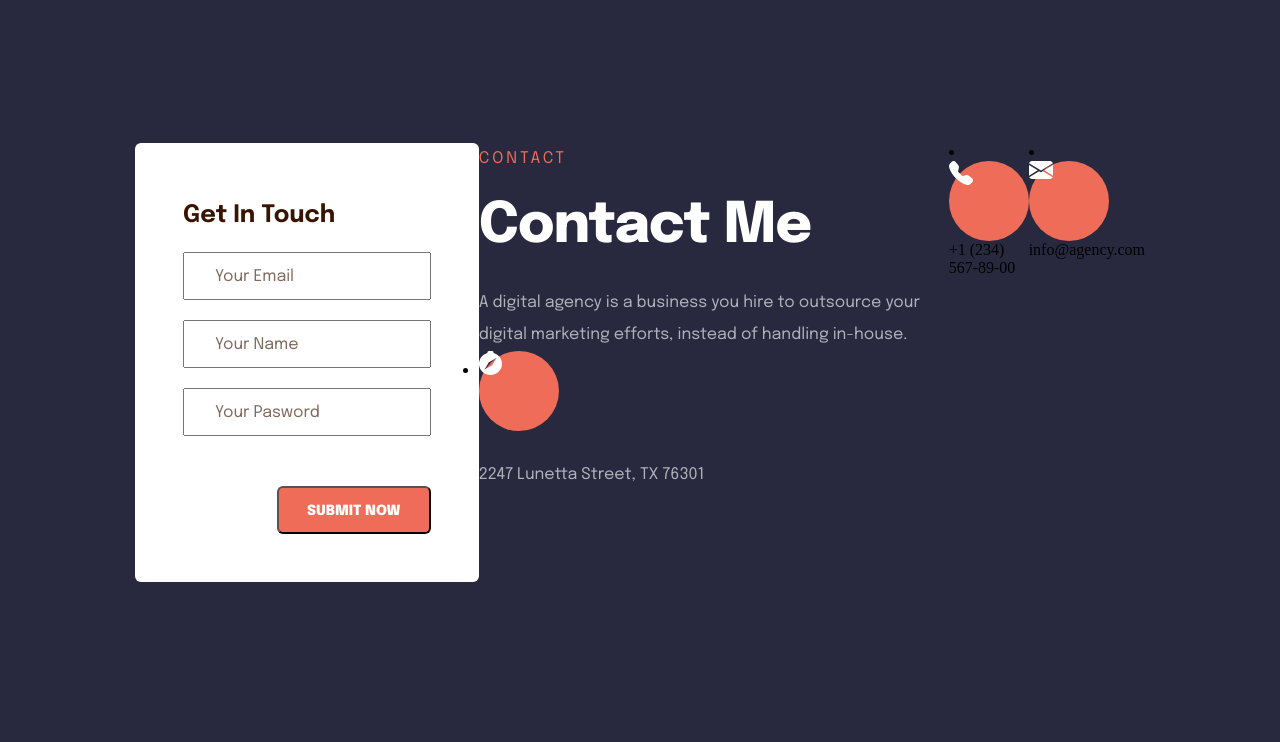
Repository: MehdiKerimov/Figma-Task-14
Page: index.html
An editor plug-in stored every save of this project. The page is shown before and after a run of saves, followed by the edit.
The browser window is 1280 px wide. The pictures show the whole page.

Above is the page before, as saved 2023-10-07 15:33:04.

### index.html
<!DOCTYPE html>
<html lang="en">
  <head>
    <meta charset="UTF-8" />
    <meta name="viewport" content="width=device-width, initial-scale=1.0" />
    <title>Document</title>
    <link rel="stylesheet" href="index.css" />
  </head>
  <body>
    <div class="container">
      <div class="box-container">
        <h1>Get In Touch</h1>
        <form action="">
          <label for="">
            <input type="email" placeholder="Your Email" name="" id="" />
          </label>
          <label for="">
            <input type="text" placeholder="Your Name" />
          </label>
          <label for="">
            <input type="password" placeholder="Your Pasword" />
          </label>
          <button><a href="#">Submit Now</a></button>

        </form>
      </div>

      <div class="text-box">
        <h1>Contact</h1>
        <h2>Contact Me</h2>
        <p>
          A digital agency is a business you hire to outsource your digital
          marketing efforts, instead of handling in-house.
        </p>

        <ul>
          <li>
            <div class="circle">
              <svg
                xmlns="http://www.w3.org/2000/svg"
                width="23"
                height="24"
                viewBox="0 0 23 24"
                fill="none"
              >
                <path
                  fill-rule="evenodd"
                  clip-rule="evenodd"
                  d="M12.5128 23.9559C18.4476 23.4434 22.9991 18.5852 23 12.7619C22.9992 7.68681 19.5202 3.24133 14.5089 1.91219C14.6419 1.45966 14.5495 0.972375 14.2595 0.596433C13.9696 0.220491 13.5157 -0.000396111 13.034 0H9.9675C9.4858 -0.000396111 9.03192 0.220491 8.74193 0.596433C8.45195 0.972375 8.35958 1.45966 8.49253 1.91219C2.74205 3.43556 -0.865618 8.99957 0.179927 14.7325C1.22547 20.4654 6.57793 24.4683 12.5128 23.9559ZM17.4618 6.91176L17.465 6.90994L17.462 6.91144L17.4618 6.91176ZM17.4618 6.91176L9.87551 11.1479L5.53646 18.5674L13.126 14.3294L17.4618 6.91176Z"
                  fill="white"
                />
              </svg>
          </li>
          <p>2247 Lunetta Street, TX 76301</p>

          </div>
<li>
  <div class="circle">
    <svg
      xmlns="http://www.w3.org/2000/svg"
      width="24"
      height="24"
      viewBox="0 0 24 24"
      fill="none"
    >
      <path
        fill-rule="evenodd"
        clip-rule="evenodd"
        d="M2.82812 0.765296C3.35902 0.235151 4.09188 -0.0416708 4.84066 0.0050961C5.58945 0.051863 6.28217 0.417722 6.743 1.00981L9.43541 4.46897C9.92889 5.10349 10.1029 5.93003 9.9079 6.71007L9.08742 9.99522C9.00114 10.3413 9.10245 10.7073 9.35441 10.9598L13.0398 14.6454C13.2925 14.8979 13.6592 14.9993 14.0058 14.9124L17.2892 14.0919C18.0691 13.8969 18.8953 14.0711 19.5301 14.5644L22.989 17.2555C24.2324 18.2231 24.3464 20.0607 23.2335 21.1722L21.6825 22.7233C20.5726 23.8333 18.9136 24.3209 17.3672 23.7763C13.4091 22.3836 9.81531 20.1174 6.85249 17.146C3.88152 14.1834 1.61557 10.5899 0.222699 6.63206C-0.320284 5.08699 0.167201 3.42642 1.27717 2.31637L2.82812 0.765296Z"
        fill="white"
      />
    </svg>
  </div>
  <p>+1 (234) 567-89-00</p>

</ul>
     <li>
      <div class="circle">
        <svg
          xmlns="http://www.w3.org/2000/svg"
          width="24"
          height="18"
          viewBox="0 0 24 18"
          fill="none"
        >
          <path
            fill-rule="evenodd"
            clip-rule="evenodd"
            d="M3 0C1.60024 -9.42171e-05 0.386447 0.967828 0.075 2.3325L12 9.621L23.925 2.3325C23.6136 0.967828 22.3998 -9.42171e-05 21 0H3ZM0 14.7015V4.0455L8.7045 9.3645L0 14.7015ZM10.1415 10.245L0.2865 16.2855C0.78351 17.3335 1.84012 18.0011 3 18H21C22.1597 18.0003 23.2157 17.3321 23.712 16.284L13.857 10.2435L12 11.379L10.1415 10.2435V10.245ZM24 14.7015L15.2955 9.366V9.3645L24 4.0455V14.7015Z"
            fill="white"
          />
        </svg>
      </div>
      <p>info@agency.com</p>

     </li>

        </ul>
      </div>
    </div>
  </body>
</html>

### index.css
@import url("https://fonts.googleapis.com/css2?family=Epilogue:wght@400;700;800;900&display=swap");
* {
  padding: 0;
  margin: 0;
  box-sizing: border-box;
}
.container {
  background-color: #28293e;
  min-height: 100vh;
  padding: 143px 135px 160px 135px;
  display: flex;
  justify-content: space-between;
}
.container .box-container {
  padding: 57px 48px 48px 48px;
  width: 570px;
  border-radius: 6px;
  background: #fff;
}
.container .box-container h1 {
  color: var(--Text_Dark, #391400);
  font-feature-settings: "clig" off, "liga" off;
  font-family: Epilogue;
  font-size: 24px;
  font-style: normal;
  font-weight: 700;
  line-height: 32px;
}
form {
  display: flex;
  flex-direction: column;
  align-items: center;
}
label {
  width: 100%;
  margin-top: 20px;
}
input {
  padding-left: 30px;
  padding-right: 30px;

  width: 100%;
  height: 48px;
}
input::placeholder {
  color: var(--Text_Dark_Gray, rgba(57, 20, 0, 0.64));
  font-feature-settings: "clig" off, "liga" off;
  font-family: Epilogue;
  font-size: 16px;
  font-style: normal;
  font-weight: 400;
  line-height: 32px;
}
.container .box-container button {
  margin-left: auto;
  display:block;
  margin-top: 50px;
  width: 154px;
  height: 48px;
  border-radius: 6px;
  background: #ef6d58;
}
.container .box-container button a {
  text-decoration: none;
  color: #fff;
  text-align: center;
  font-family: Epilogue;
  font-size: 14px;
  font-style: normal;
  font-weight: 900;
  line-height: normal;
  text-transform: uppercase;
}
/* .container .text-box {
  min-height: 100vh;
} */
.container .text-box h1 {
  color: var(--Text_Light_Accent, #ef6d58);
  font-feature-settings: "clig" off, "liga" off;
  font-family: Epilogue;
  font-size: 16px;
  font-style: normal;
  font-weight: 400;
  line-height: 32px;
  letter-spacing: 3px;
  text-transform: uppercase;
}
.container .text-box h2 {
  margin-top: 20px;
  color: var(--Text_Light, #fff);
  font-feature-settings: "clig" off, "liga" off;
  font-family: Epilogue;
  font-size: 56px;
  font-style: normal;
  font-weight: 800;
  line-height: 64px;
  letter-spacing: -1px;
}
.container .text-box p {
  margin-top: 28px;
  width: 470px;
  color: var(--Text_Light_Gray, rgba(255, 255, 255, 0.64));
  font-feature-settings: "clig" off, "liga" off;
  font-family: Epilogue;
  font-size: 16px;
  font-style: normal;
  font-weight: 400;
  line-height: 32px;
}
.container .box p {
  color: var(--Text_Light, #fff);
  font-feature-settings: "clig" off, "liga" off;
  font-family: Epilogue;
  font-size: 20px;
  font-style: normal;
  font-weight: 400;
  line-height: 32px;
}
.container .circle {
  width: 80px;
  height: 80px;
  background-color: #ef6d58;
  border-radius: 50%;
}

After the next 2 saves:
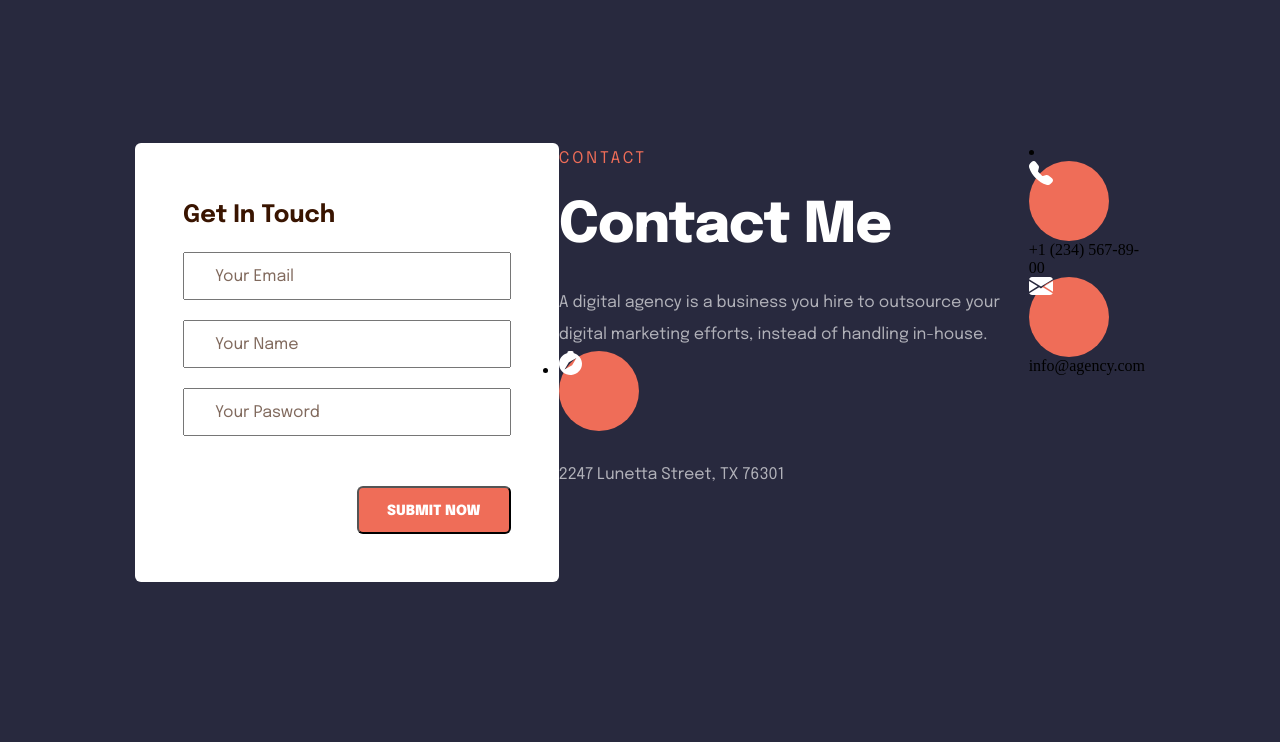
The 2 saves are shown as one change because they came seconds apart.
The last was saved 12 s later.
--- a/index.html
+++ b/index.html
@@ -73,8 +73,7 @@
   </div>
   <p>+1 (234) 567-89-00</p>
 
-</ul>
-     <li>
+     <ul>
       <div class="circle">
         <svg
           xmlns="http://www.w3.org/2000/svg"

After the save that followed:
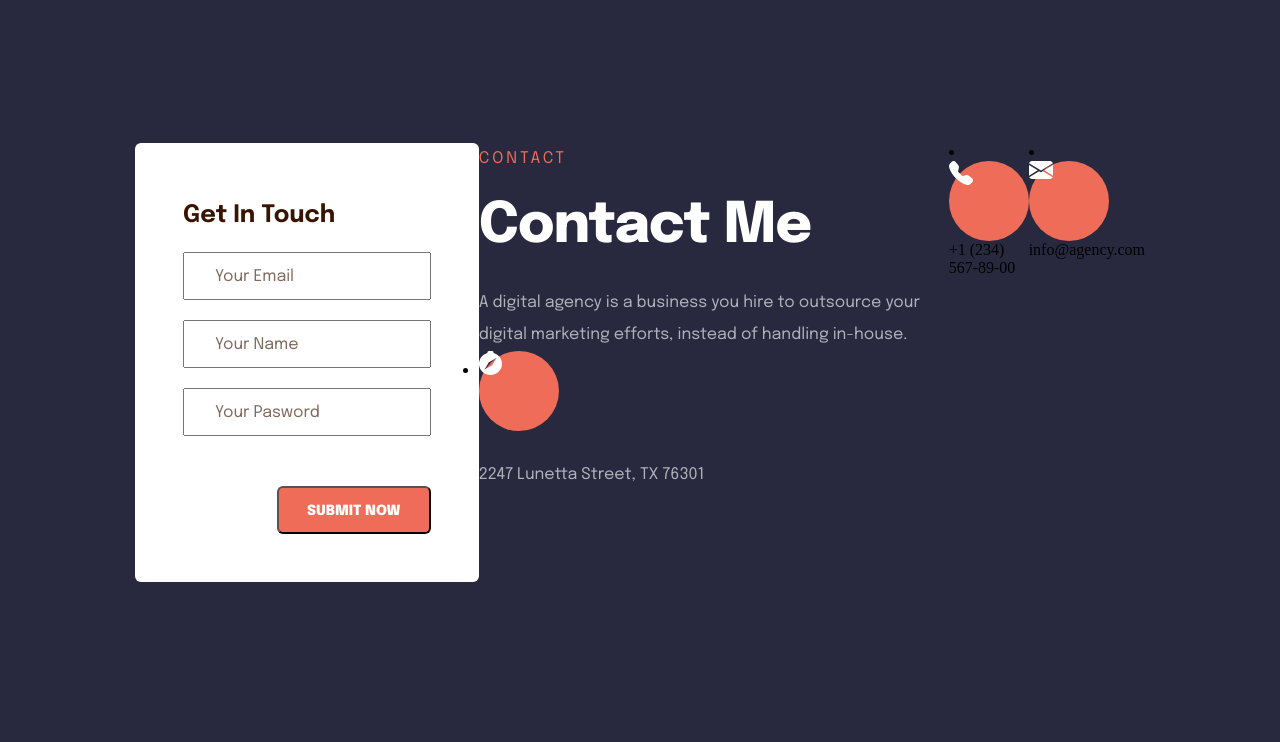
Saved 5 s later.
--- a/index.html
+++ b/index.html
@@ -73,7 +73,8 @@
   </div>
   <p>+1 (234) 567-89-00</p>
 
-     <ul>
+</ul>
+     <li>
       <div class="circle">
         <svg
           xmlns="http://www.w3.org/2000/svg"
